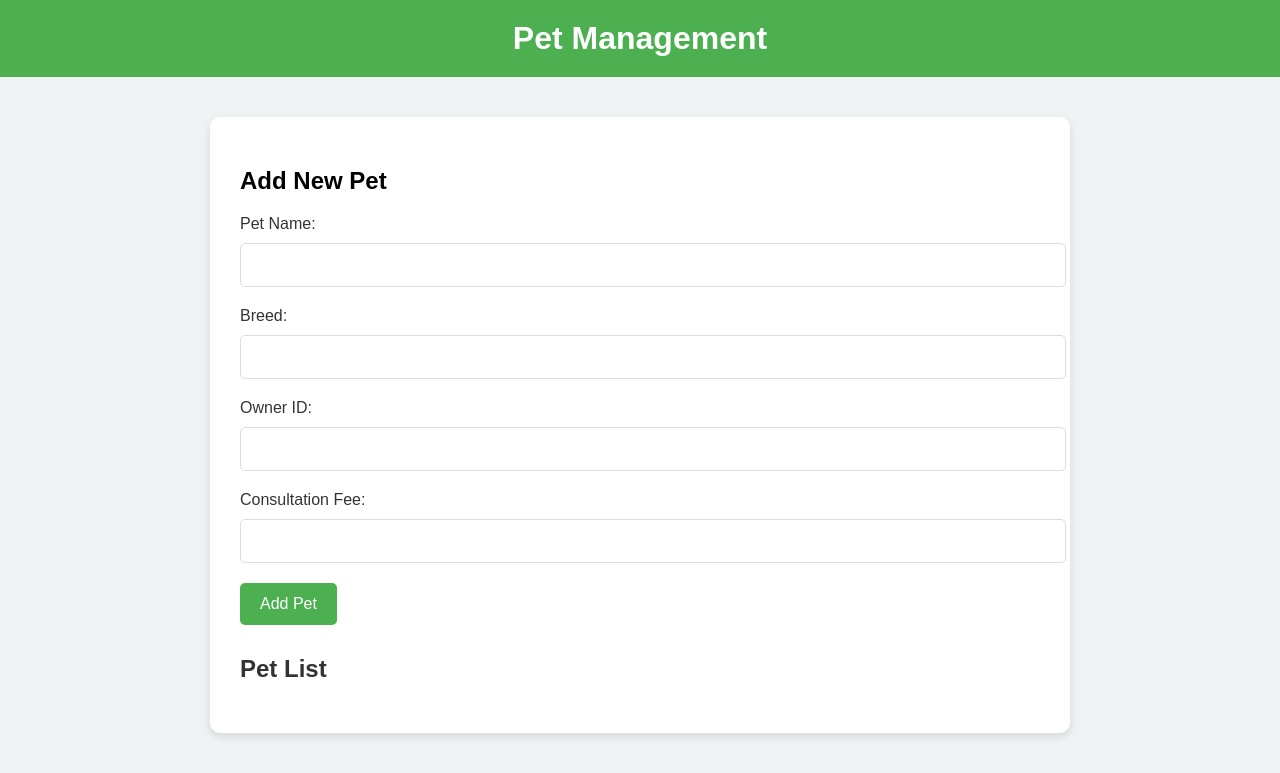
Repository: abirami1105/repoA
Page: PetClinicApplication/src/main/resources/static/pet.html
These files come from the project's save history. The page is drawn as it stood at one moment and after the next save; the edit follows.
The browser window is 1280 px wide. The pictures show the whole page.
The page's requests for data from a server got no answer.

Above is the page before, as saved 2025-01-02 18:48:36.

### PetClinicApplication/src/main/resources/static/pet.html
<!DOCTYPE html>
<html lang="en">
<head>
    <meta charset="UTF-8">
    <meta name="viewport" content="width=device-width, initial-scale=1.0">
    <title>Pet Management</title>
    <style>
        body {
            font-family: 'Arial', sans-serif;
            background-color: #eef2f3;
            margin: 0;
            padding: 0;
        }

        header {
            background-color: #4CAF50;
            color: white;
            padding: 20px;
            text-align: center;
        }

        header h1 {
            margin: 0;
        }

        .container {
            max-width: 800px;
            margin: 40px auto;
            padding: 30px;
            background-color: #ffffff;
            border-radius: 10px;
            box-shadow: 0 4px 8px rgba(0, 0, 0, 0.1);
        }

        .form-container {
            margin-bottom: 30px;
        }

        .form-container label {
            display: block;
            margin-bottom: 10px;
            font-size: 1rem;
            color: #333;
        }

        .form-container input {
            width: 100%;
            padding: 12px;
            font-size: 1rem;
            margin-bottom: 20px;
            border: 1px solid #ddd;
            border-radius: 5px;
        }

        .form-container button {
            background-color: #4CAF50;
            color: white;
            padding: 12px 20px;
            font-size: 1rem;
            border: none;
            border-radius: 5px;
            cursor: pointer;
            transition: background-color 0.3s ease;
        }

        .form-container button:hover {
            background-color: #45a049;
        }

        .pet-list {
            margin-top: 30px;
        }

        .pet-list h2 {
            color: #333;
        }

        .pet-list ul {
            list-style: none;
            padding: 0;
        }

        .pet-list li {
            background-color: #f9f9f9;
            padding: 10px;
            margin-bottom: 12px;
            border-radius: 5px;
            box-shadow: 0 2px 4px rgba(0, 0, 0, 0.1);
            color: #555;
        }

    </style>
</head>
<body>

<header>
    <h1>Pet Management</h1>
</header>

<div class="container">
    <div class="form-container">
        <h2>Add New Pet</h2>
        <form id="petForm">
            <label for="name">Pet Name:</label>
            <input type="text" id="name" name="name" required>

            <label for="breed">Breed:</label>
            <input type="text" id="breed" name="breed" required>

            <label for="ownerId">Owner ID:</label>
            <input type="number" id="ownerId" name="ownerId" required>

            <label for="consultationFee">Consultation Fee:</label>
            <input type="number" id="consultationFee" name="consultationFee" required>

            <button type="submit">Add Pet</button>
        </form>
    </div>

    <div class="pet-list">
        <h2>Pet List</h2>
        <ul id="petList"></ul>
    </div>
</div>

<script>
    document.getElementById("petForm").addEventListener("submit", function(event) {
        event.preventDefault();

        const petData = {
            name: document.getElementById("name").value,
            breed: document.getElementById("breed").value,
            owner: { id: document.getElementById("ownerId").value },
            consultationFee: document.getElementById("consultationFee").value
        };

        fetch("/pets", {
            method: "POST",
            headers: {
                "Content-Type": "application/json"
            },
            body: JSON.stringify(petData)
        })
        .then(response => response.json())
        .then(pet => {
            alert("Pet added successfully!");
            loadPets(); // Reload the list of pets
        });
    });

    function loadPets() {
        fetch("/pets")
            .then(response => response.json())
            .then(pets => {
                const petList = document.getElementById("petList");
                petList.innerHTML = "";
                pets.forEach(pet => {
                    const listItem = document.createElement("li");
                    listItem.textContent = `${pet.name} (${pet.breed}) - Owner ID: ${pet.owner.id} - Fee: $${pet.consultationFee}`;
                    petList.appendChild(listItem);
                });
            });
    }

    loadPets(); // Load pets when the page is first loaded
</script>

</body>
</html>

After the next save:
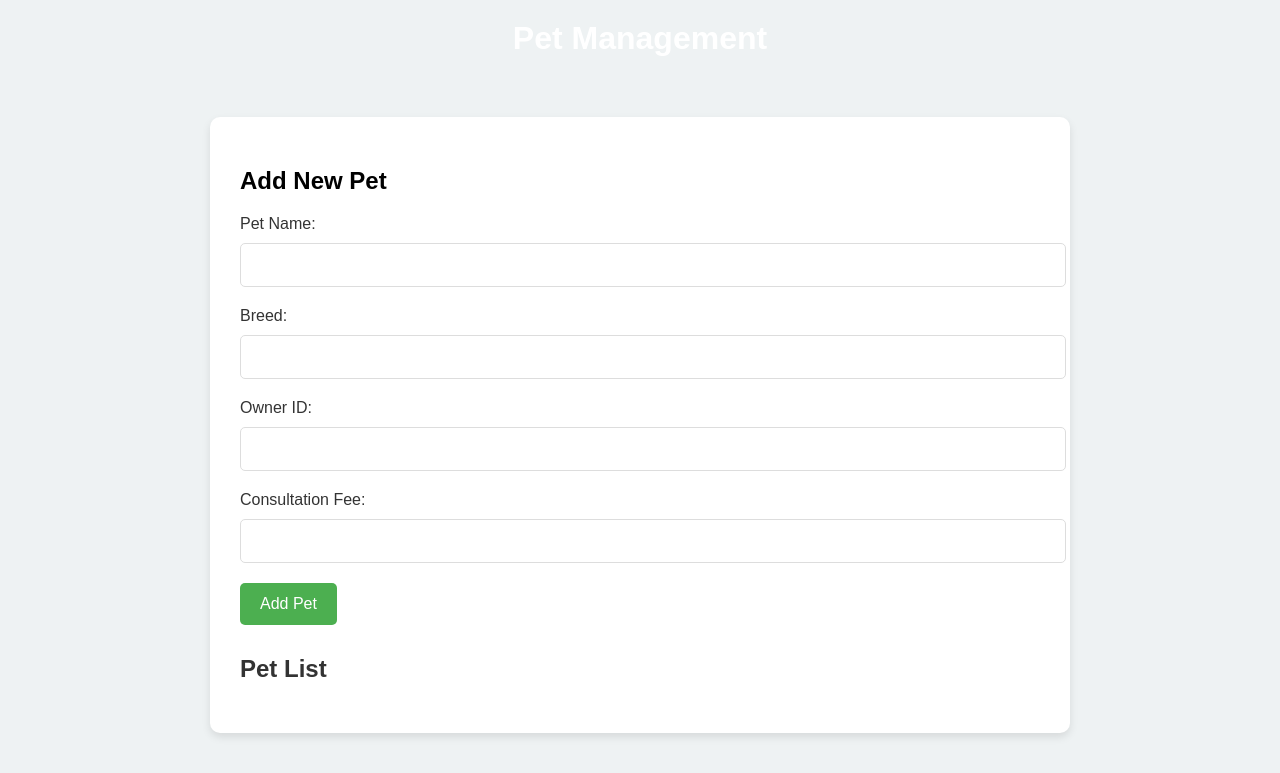
Saved 79 s later.
--- a/PetClinicApplication/src/main/resources/static/pet.html
+++ b/PetClinicApplication/src/main/resources/static/pet.html
@@ -13,7 +13,7 @@
         }
 
         header {
-            background-color: #4CAF50;
+            background-color: ##eef2f3;
             color: white;
             padding: 20px;
             text-align: center;

After the 2 saves that followed:
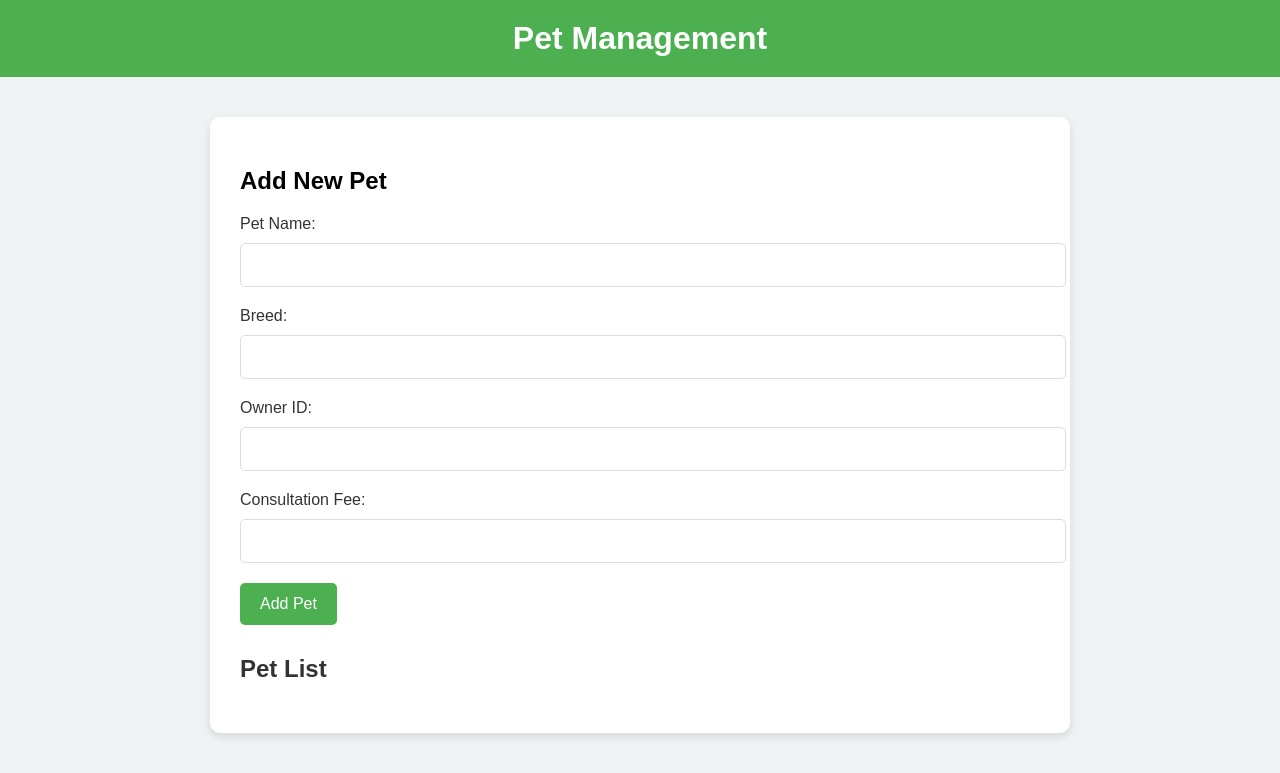
The 2 saves are shown as one change because 1 left the picture as it was.
The last was saved 43 s later.
--- a/PetClinicApplication/src/main/resources/static/pet.html
+++ b/PetClinicApplication/src/main/resources/static/pet.html
@@ -13,7 +13,7 @@
         }
 
         header {
-            background-color: ##eef2f3;
+            background-color: #4CAF50;
             color: white;
             padding: 20px;
             text-align: center;
